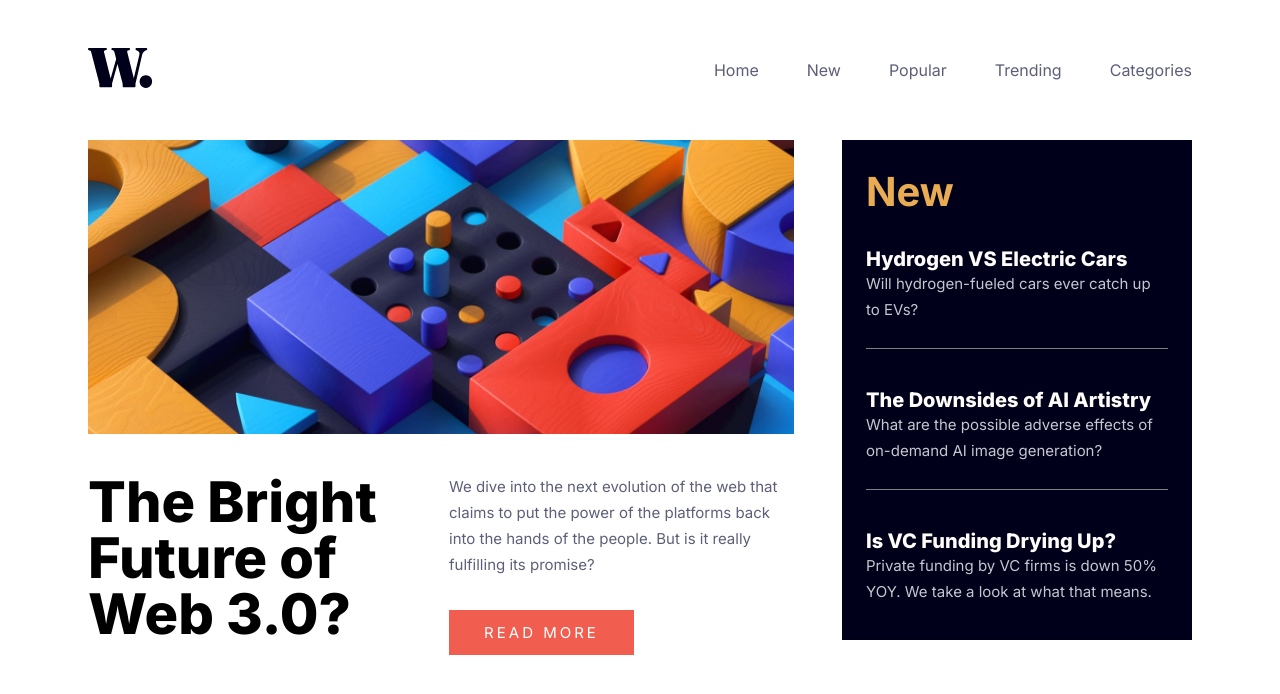
Repository: DevAntonioRogers/FrontendMentor-News-Homepage
Page: index.html
An editor plug-in stored every save of this project. The page is shown before and after the next save, followed by the edit.
The browser window is 1280 px wide. The pictures show the whole page.

Above is the page before, as saved 2023-04-21 13:16:21.

After the next save:
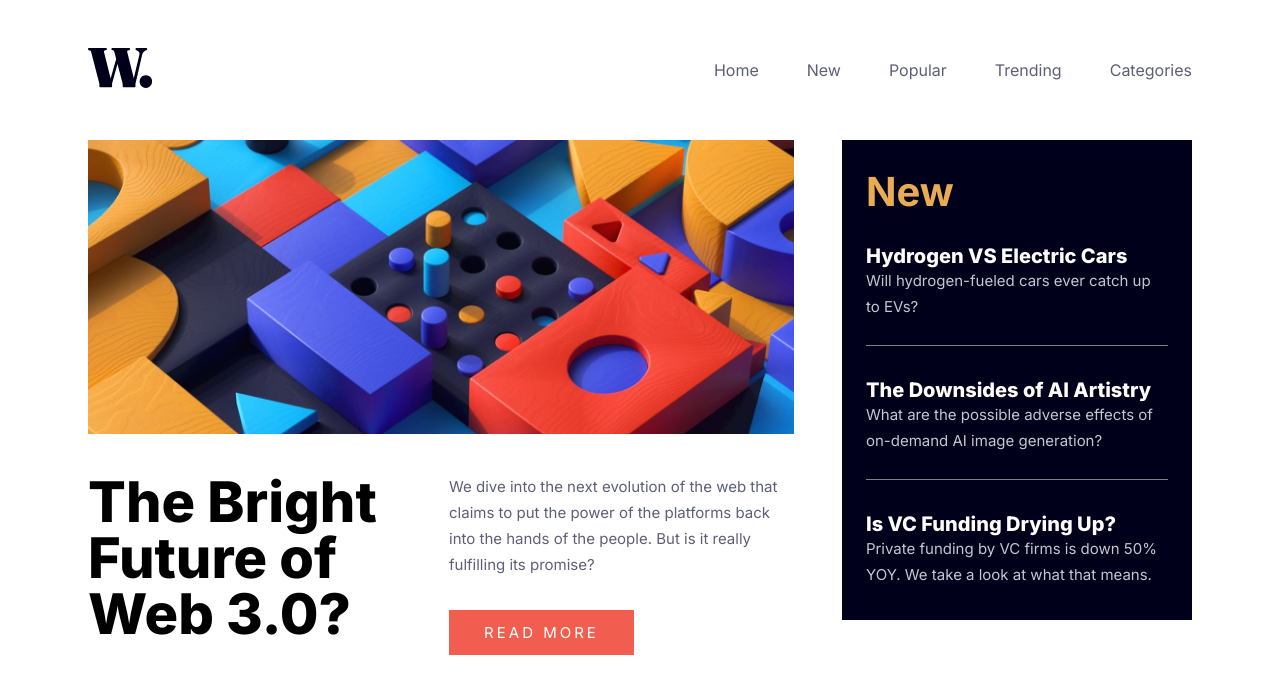
Saved 4 s later.
--- a/styles.css
+++ b/styles.css
@@ -121,7 +121,7 @@
   flex-direction: column;
   gap: 2rem;
   min-width: 350px;
-  height: auto;
+  height: 100%;
 }
 
 .right h1{

After the save that followed:
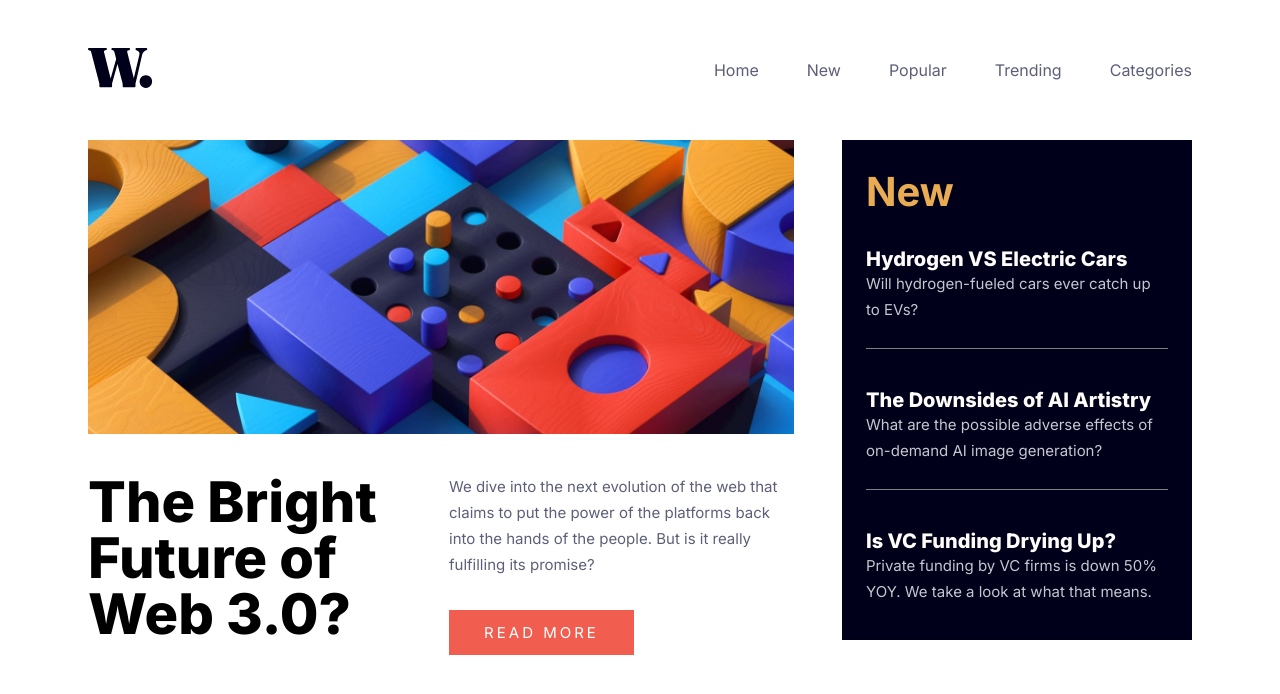
Saved 7 s later.
--- a/styles.css
+++ b/styles.css
@@ -121,7 +121,7 @@
   flex-direction: column;
   gap: 2rem;
   min-width: 350px;
-  height: 100%;
+  height: ;
 }
 
 .right h1{
